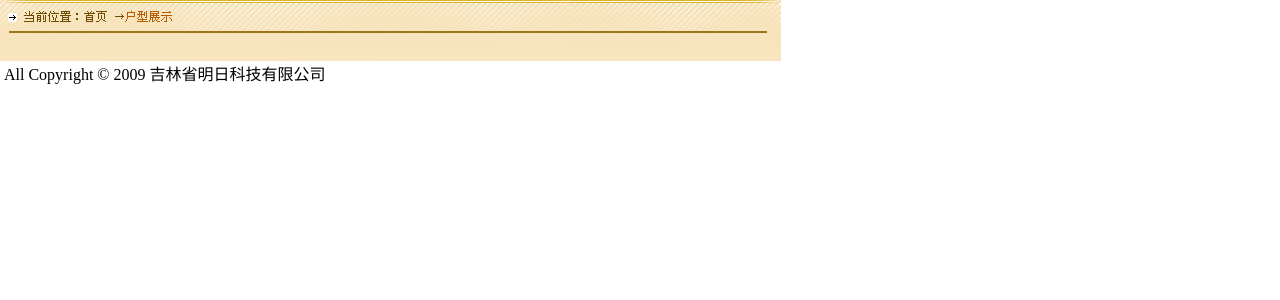
Repository: bookFireFly/bookFireFly
Page: http://localhost/JSP107/
These files come from the project's save history. The page is drawn as it stood at one moment and after the next save; the edit follows.
The browser window is 1280 px wide. The pictures show the whole page.
The page is served by Tomcat 9.

Above is the page before, as saved 2017-10-24 09:48:08.

After the next save:
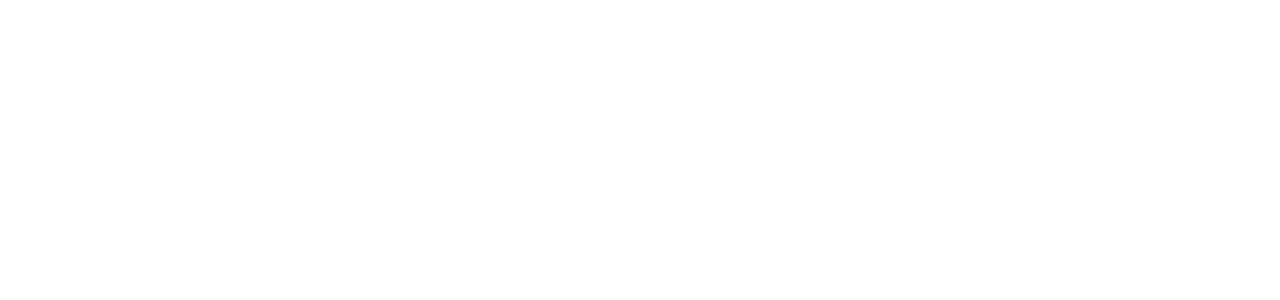
Saved 105 s later.
--- a/JSP107/WebContent/index.jsp
+++ b/JSP107/WebContent/index.jsp
@@ -8,12 +8,6 @@
 </head>
 <body style="margin:0px;">
 <jsp:include page="top.jsp"/>
-<table width="781" height="61" cellpadding="0" cellspacing="0"
-	background="images/center.JPG" >
-	<tr>
-	<td>&nbsp;</td>
-	</tr>
-</table>
-<jsp:include page="copyright.jsp"/>
+
 </body>
 </html>

After the save that followed:
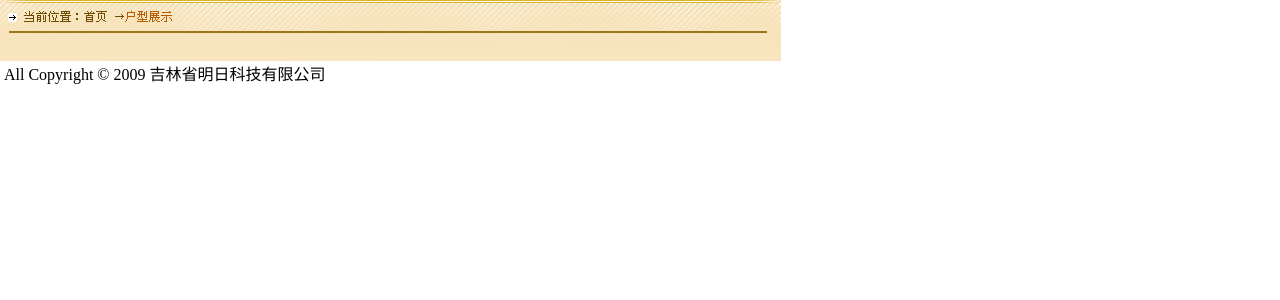
Saved 63 s later.
--- a/JSP107/WebContent/index.jsp
+++ b/JSP107/WebContent/index.jsp
@@ -8,6 +8,12 @@
 </head>
 <body style="margin:0px;">
 <jsp:include page="top.jsp"/>
-
+<table width="781" height="61" cellpadding="0" cellspacing="0"
+	background="images/center.JPG" >
+	<tr>
+	<td>&nbsp;</td>
+	</tr>
+</table>
+<jsp:include page="copyright.jsp"/>
 </body>
 </html>
